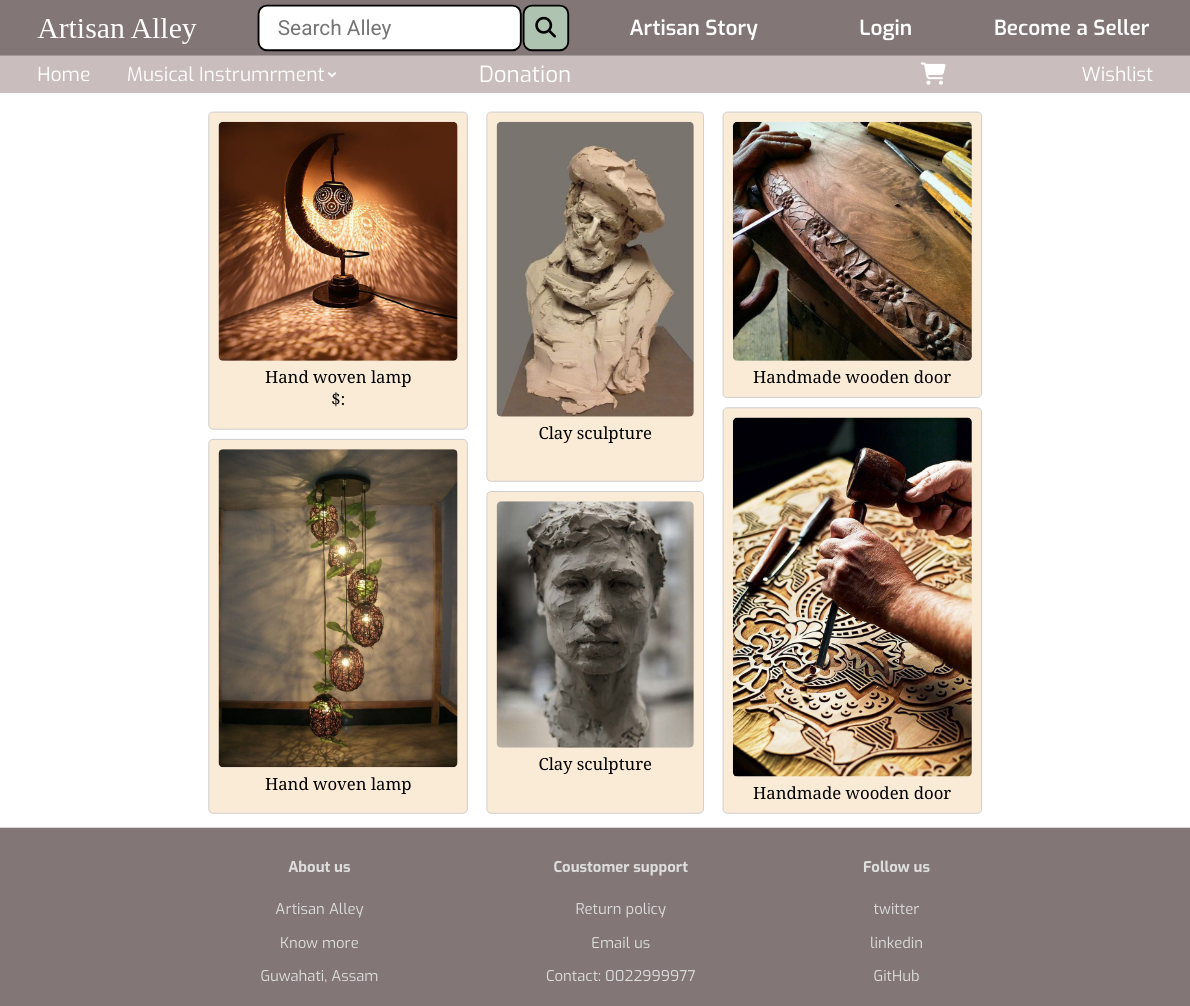
Repository: RingkhangBTY/Bytehacks_Hackathon_Project
Page: index.html
The author's editor kept a copy of each file at every save. The page is drawn from the files as they stood at one save, then again after the next save.
The browser window is 1280 px wide. The pictures show the whole page, at 93% of full size.
Some web fonts or font styles are not loaded; a fallback is used.

Above is the page before, as saved 2024-11-27 10:03:26.

After the next save:
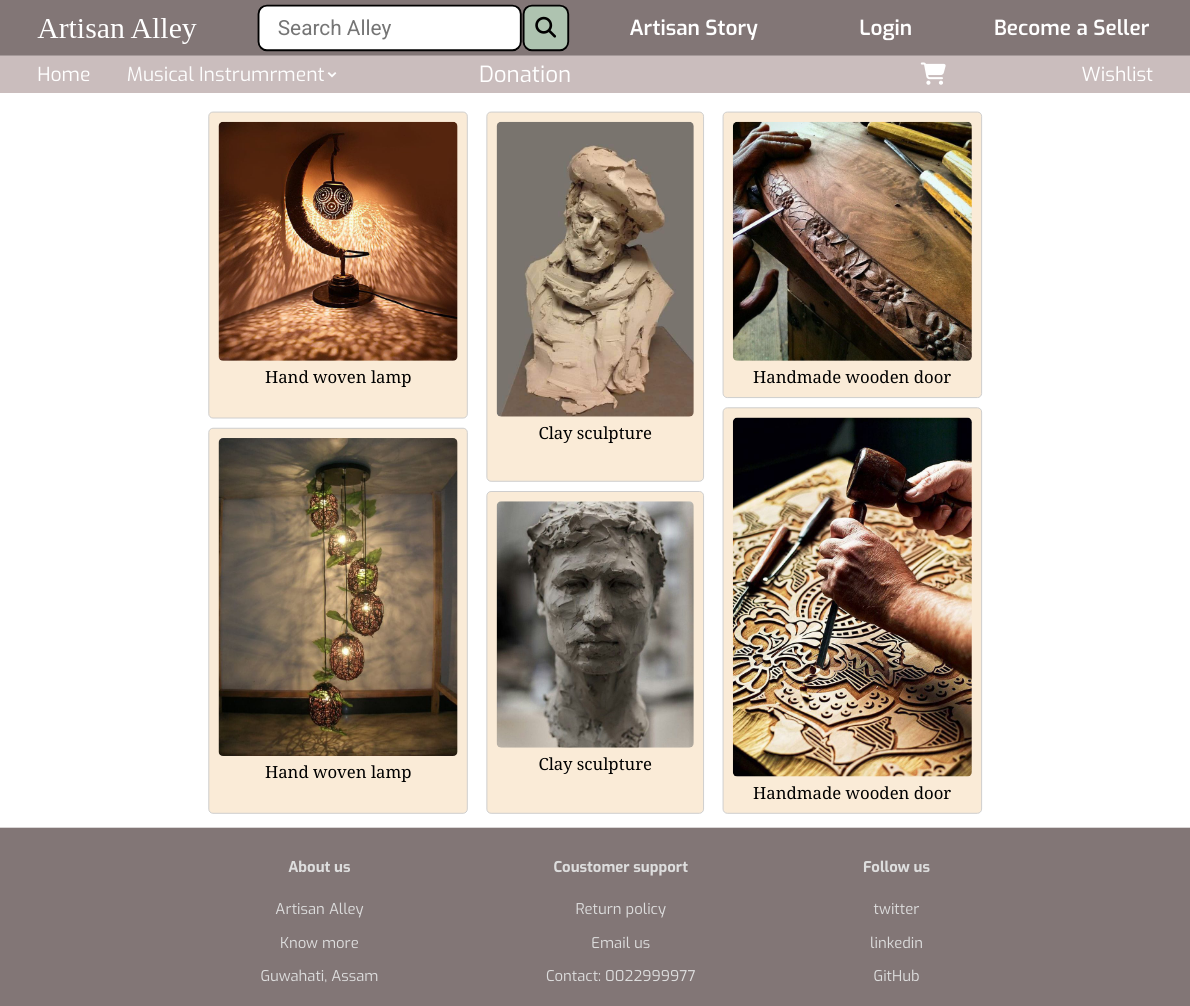
Saved 20 s later.
--- a/index.html
+++ b/index.html
@@ -81,7 +81,7 @@
               <div class="grid-item">
                 <img src="image/Hand woven lamp1.jpg" alt="">
                 <p>Hand woven lamp</p>
-                <p>$: </p>
+                <p></p>
               </div>
               <div class="grid-item">
                 <img src="image/Hand woven lamp2.jpg" alt="">

After the save that followed:
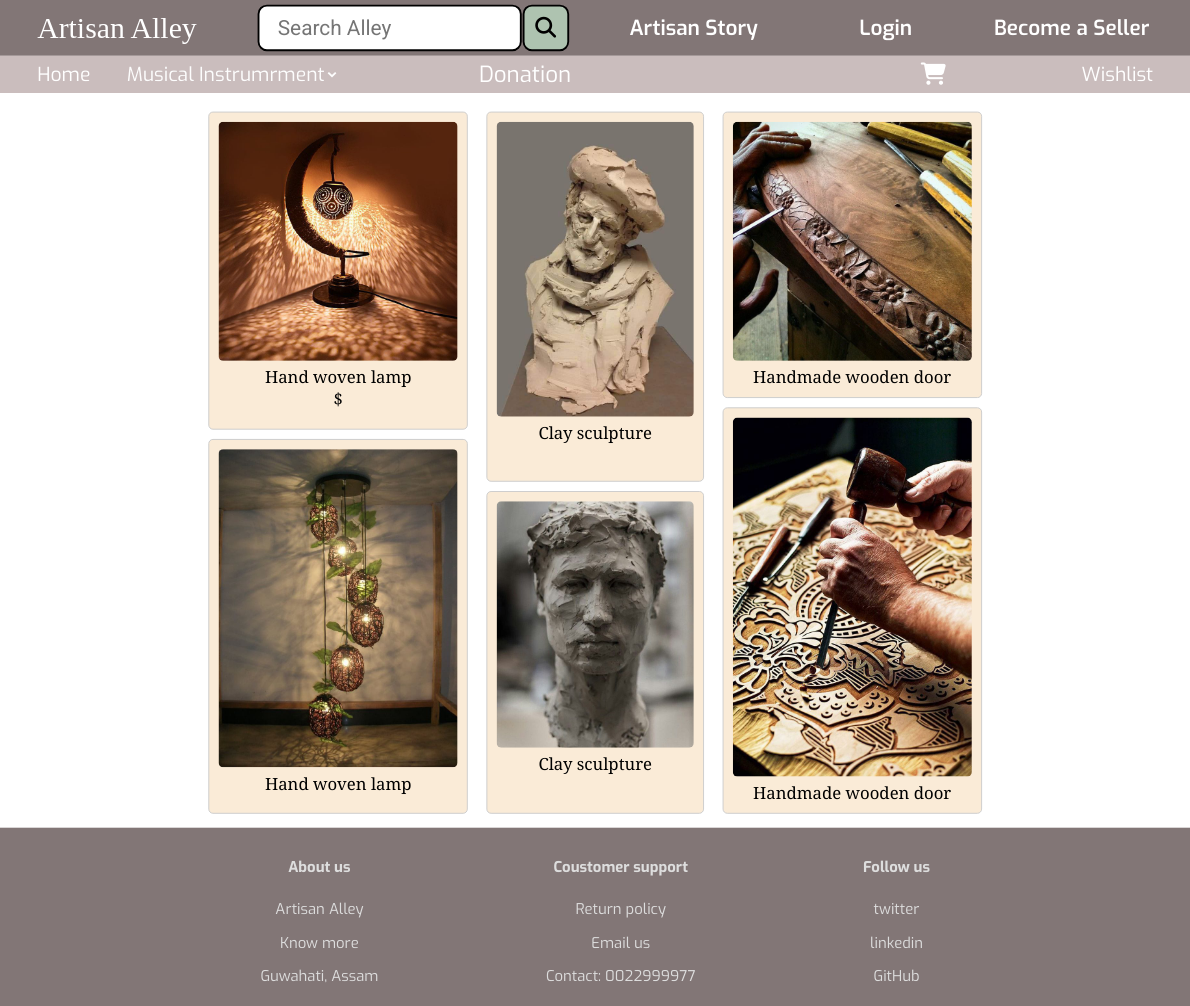
Saved 32 s later.
--- a/index.html
+++ b/index.html
@@ -81,7 +81,7 @@
               <div class="grid-item">
                 <img src="image/Hand woven lamp1.jpg" alt="">
                 <p>Hand woven lamp</p>
-                <p></p>
+                <p>$</p>
               </div>
               <div class="grid-item">
                 <img src="image/Hand woven lamp2.jpg" alt="">
